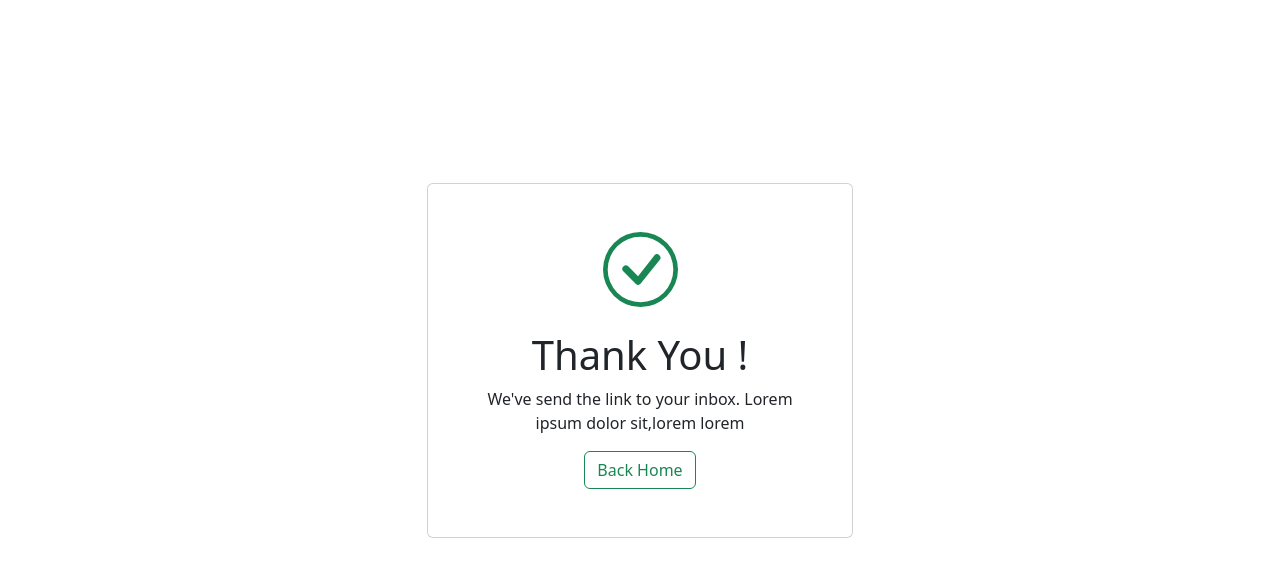
Repository: Ravindu200232/Food_Odering_App
Page: http://localhost/ordering/ssuccess.jsp
An editor plug-in stored every save of this project. The page is shown before and after the next save, followed by the edit.
The browser window is 1280 px wide. The pictures show the whole page.
The page is served by Tomcat 9.

Above is the page before, as saved 2024-05-15 18:20:10.

After the next save:
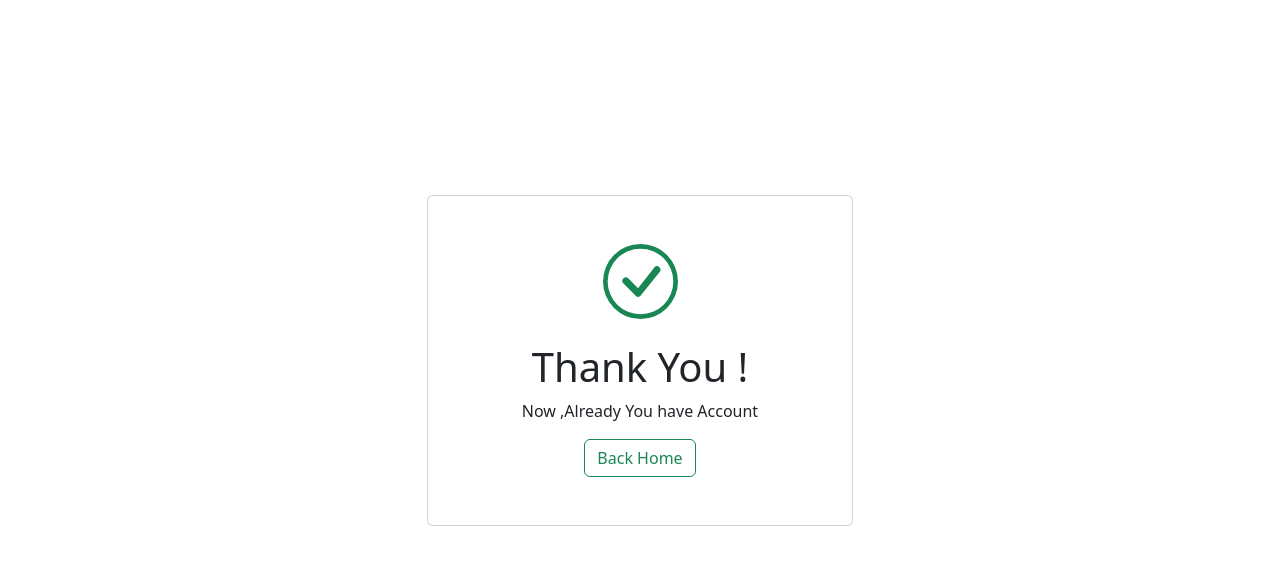
Saved 40 s later.
--- a/ordering/src/main/webapp/ssuccess.jsp
+++ b/ordering/src/main/webapp/ssuccess.jsp
@@ -24,7 +24,7 @@
                 </div>
                 <div class="text-center">
                     <h1>Thank You !</h1>
-                    <p>We've send the link to your inbox. Lorem ipsum dolor sit,lorem lorem </p>
+                    <p>Now ,Already You have Account </p>
                     <button class="btn btn-outline-success">Back Home</button>
                 </div>
             </div>
